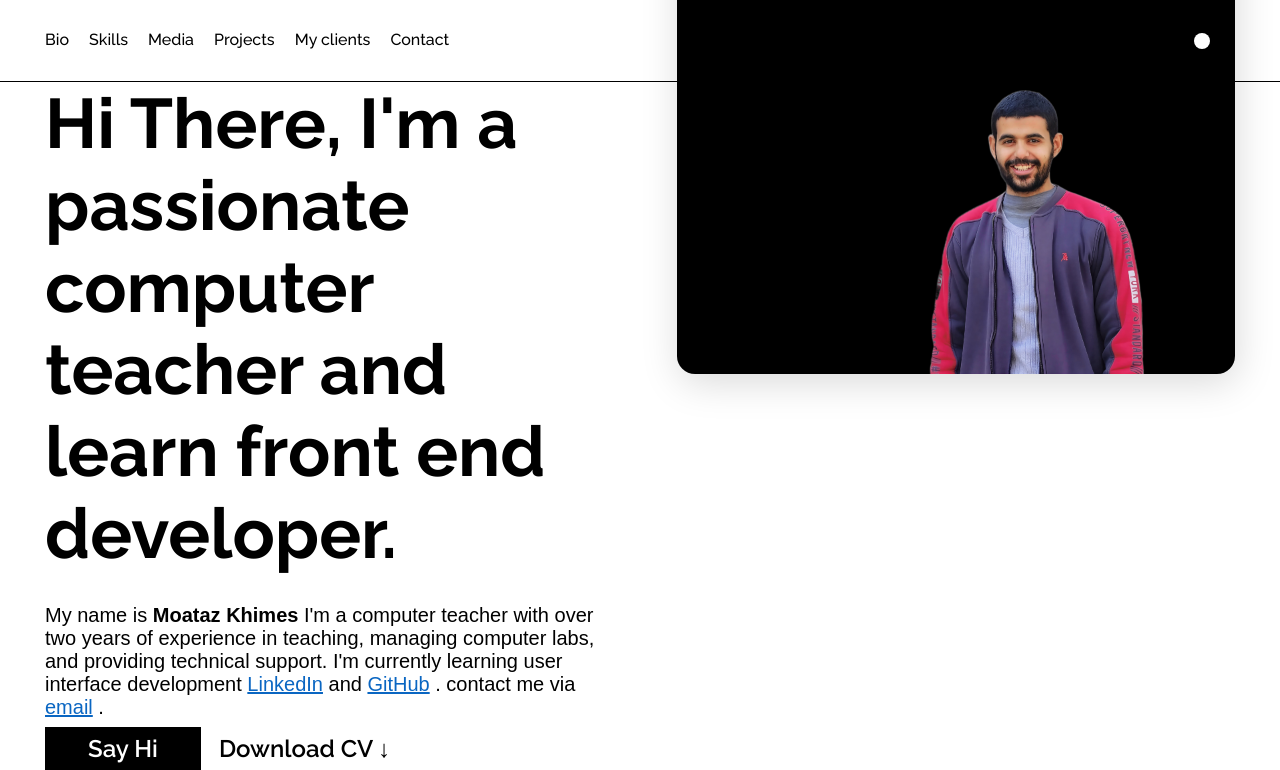
Repository: moataz305G/Personal-website
Page: index.html
An editor plug-in stored every save of this project. The page is shown before and after the next save, followed by the edit.
The browser window is 1280 px wide. The pictures show the whole page.

Above is the page before, as saved 2025-12-13 10:21:15.

### index.html
<!DOCTYPE html>
<html lang="en">
  <head>
    <meta charset="UTF-8" />

    <meta name="viewport" content="width=device-width, initial-scale=1.0" />
    <link rel="preconnect" href="https://fonts.googleapis.com" />
    <link rel="preconnect" href="https://fonts.gstatic.com" crossorigin />
    <link
      href="https://fonts.googleapis.com/css2?family=Raleway:ital,wght@0,100..900;1,100..900&display=swap"
      rel="stylesheet"
    />

    <link rel="stylesheet" href="Style.css" />
    <title class="title">Moataz khimes</title>
  </head>
  <body>
    <div class="container">
      <header class="header">
        <nav class="navigation">
          <ul class="navigation__list">
            <li><a href="#" class="navigation__link">Bio</a></li>
            <li><a href="#" class="navigation__link">Skills</a></li>
            <li><a href="#" class="navigation__link">Media</a></li>
            <li><a href="#" class="navigation__link">Projects</a></li>
            <li><a href="#" class="navigation__link">My clients</a></li>
            <li><a href="#" class="navigation__link">Contact</a></li>
          </ul>
        </nav>

        <div class="toggle">
          <h3 class="toggle__title">Switch Theme</h3>
          <input
            type="checkbox"
            name="toggle checkbox"
            id="toggle"
            class="toggle__checkbox"
          />
          <label for="toggle" class="toggle__label"></label>
        </div>
      </header>

      <section id="bio" class="bio section">
        <div class="bio__content">
          <h1 class="bio__heading">
            Hi There, I'm a passionate computer teacher and learn front end
            developer.
          </h1>
          <p class="bio__objeactive">
            My name is <span class="bio__name">Moataz Khimes</span>
            I'm a computer teacher with over two years of experience in
            teaching, managing computer labs, and providing technical support.
            I'm currently learning user interface development
            <a
              href="https://www.linkedin.com/in/moataz-khimes-53586223b/"
              class="bio__linkedin"
              >LinkedIn</a
            >
            and
            <a href="https://github.com/moataz305G" class="bio__github"
              >GitHub</a
            >
            . contact me via
            <a href="mutazkhmes@gmail.com" class="bio__email">email</a>
            .
          </p>
          <a href="#" class="bio__links say-hi-link">Say Hi</a>
          <a href="#" class="bio__links find-out-link"
            >Download CV <span class="bio__arrow">↓</span></a
          >
        </div>
        <div class="bio__pic-content">
          <img
            class="bio__pic"
            src="images/personal-pic.png"
            alt="image of moataz khimes"
          />
        </div>
      </section>
    </div>
  </body>
</html>

### Style.css
:root {
  --container-width: 119rem;
  --guter: 6rem;

  --color-black: #000;
  --color-white: #fff;
  --color-blue: #2374e1;
  --color-lite-blue: #1d9bf0;
  --color-dark-blue: #0a66c2;
  --color-darker-blue: #143ce8;
  --color-red: #ff0000;
  --color-green: #03a696;
  --color-gray: #f6f6f6;
  --color-dark-green: #42959b;

  --color-background: var(--color-white);
  --color-text: var(--color-black);
  --color-box-img: var(--color-black);
  --color-link-bg: var(--color-black);
  --color-input-border: var(--color-black);

  --font-family-raleway: "Raleway", sans-serif;
  --font-family-poppins: "Poppins", sans-serif;

  --font-weight-regular: 400;
  --font-weight-medium: 500;
  --font-weight-semi-bold: 600;
  --font-weight-bold: 700;

  --font-size-70: 7rem;
  --font-size-65: 6.5rem;
  --font-size-40: 4rem;
  --font-size-38: 3.8rem;
  --font-size-24: 2.4rem;
  --font-size-22: 2.2rem;
  --font-size-20: 2rem;
  --font-size-18: 1.8rem;
  --font-size-15: 1.5rem;

  --transition-timing: 0.3s;
}
/* CSS Reset */
* {
  margin: 0;
  padding: 0;
}

*,
*::after,
*::before {
  box-sizing: border-box;
}

a {
  color: inherit;
  display: inline-block;
}

button {
  background-color: transparent;
  border: none;
  cursor: pointer;
}

ul,
ol {
  list-style: none;
}
/* END CSS Reset */
html {
  font-size: 62.5%;
  scroll-behavior: smooth;
  scroll-padding-top: 11rem;
}

body {
  font-size: 1.6rem;
  font-family: var(--font-family-raleway);
  background-color: var(--color-background);
  color: var(--color-text);
}

.container {
  max-width: var(--container-width);
  margin: 0 auto;
}
header {
  position: relative;
  padding: 3rem 0;
  display: flex;
  justify-content: center;
  z-index: 0;
}
.header::before {
  content: "";
  position: absolute;
  height: 100%;
  width: 100vw;
  border-bottom: 0.1rem solid var(--color-black);
  top: 0;
  z-index: -1;
}

.navigation__list {
  display: flex;
  gap: 2rem;
}
.navigation__link:link,
.navigation__link:visited {
  text-decoration: none;
  font-weight: var(--font-weight-medium);
}
.navigation__link:hover,
.navigation__link:active {
  text-decoration: underline;
  color: var(--color-text);
}

/* Toggle */
.toggle {
  display: flex;
  gap: 1rem;
  margin-left: auto;
}
.toggle__title {
  font-weight: var(--font-weight-medium);
  font-size: var(--font-size-18);
}

.toggle__checkbox {
  display: none;
}

.toggle__label {
  display: block;
  position: relative;
  background-color: var(--color-black);
  border-radius: 1.5rem;
  width: 4.5rem;
  height: 2.2rem;
  cursor: pointer;
  padding: 0.3rem 0.4rem;
  transition: 0.3s;
}

.toggle__label::after {
  content: "";
  display: block;
  width: 1.6rem;
  height: 1.6rem;
  border-radius: 50%;
  background-color: var(--color-white);
  transition: 0.3s;
}

.toggle__checkbox:checked + .toggle__label {
  background-color: var(--color-white);
}
.toggle__checkbox:checked + .toggle__label::after {
  transform: translateX(2.1rem);
  background-color: var(--color-green);
}

/* End Toggle */

.section {
  display: grid;
  grid-template-columns: repeat(2, auto);
  align-items: start;
}

/* Bio */
.bio {
  grid-gap: 7.4rem;
  grid-template-columns: repeat(2, 1fr);
}

.bio__heading {
  font-size: var(--font-size-70);
  font-weight: var(--font-weight-bold);
}

.bio__objeactive {
  font-family: var(--font-family-poppins);
  font-weight: var(--font-weight-regular);
  font-size: var(--font-size-20);
  margin: 3rem 0 0.8rem;
}

.bio__name {
  font-weight: var(--font-weight-semi-bold);
}
.bio__linkedin,
.bio__github,
.bio__email {
  color: var(--color-dark-blue);
}

.bio__links {
  font-size: 2.4rem;
  font-weight: var(--font-weight-semi-bold);
  text-decoration: none;
}

.say-hi-link {
  background-color: var(--color-link-bg);
  color: var(--color-white);
  padding: 0.7rem 4.3rem;
}

.find-out-link {
  padding: 0.7rem 0;
  margin-inline-start: 1.4rem;
}

@keyframes jump {
  0% {
    transform: translatey(0.5rem);
  }
  35% {
    transform: translatey(-0.5rem);
  }
  70% {
    transform: translatey(0);
  }
  100% {
    transform: translatey(0);
  }
}

.bio__arrow {
  display: inline-block;
  animation: jump 1s infinite alternate ease-in-out;
}

.bio__pic-content {
  display: flex;
  position: relative;
  align-items: flex-end;
  justify-content: end;
}

.bio__pic-content::before {
  content: "";
  position: absolute;
  background-color: var(--color-box-img);
  width: 100%;
  height: 46rem;
  border-radius: 1.8rem;
  z-index: -1;
  box-shadow: 2.17543px 8.7017px 38.0669px rgba(0, 0, 0, 0.15);
}
.bio__pic {
  width: 42.7rem;
}

After the next save:
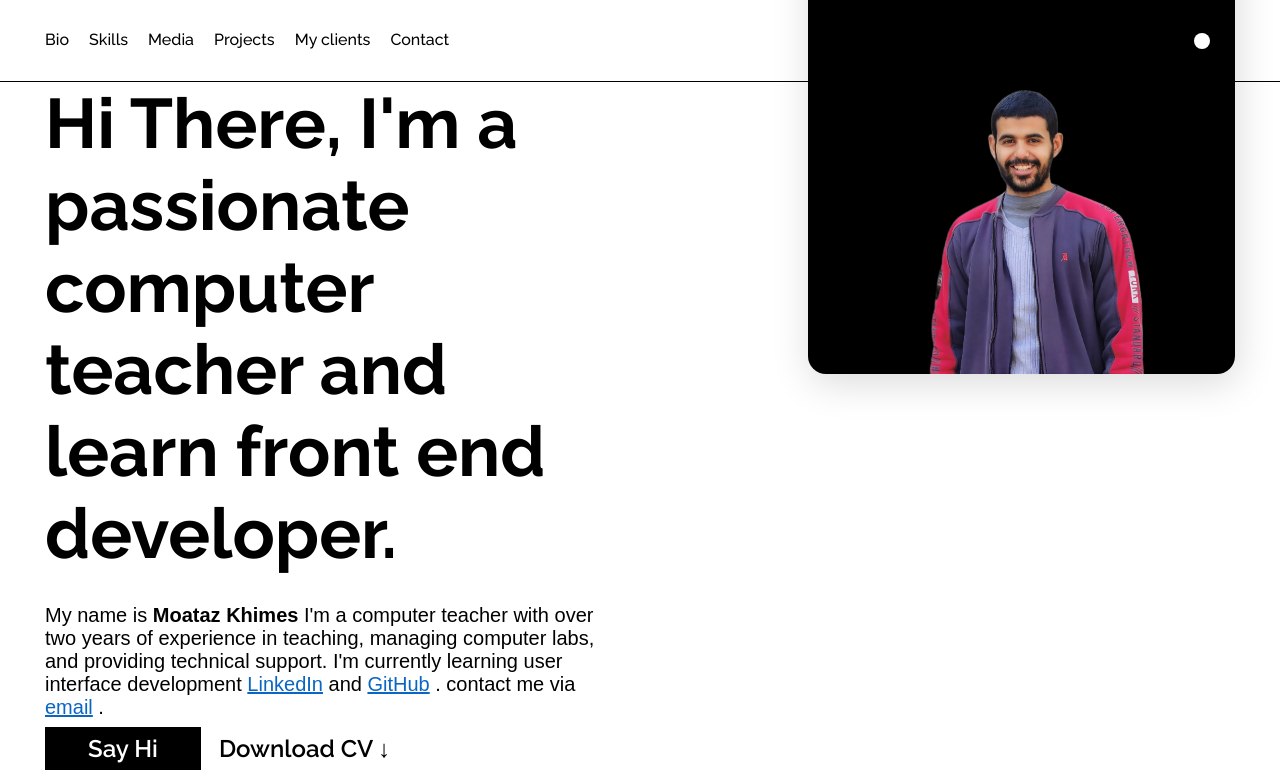
Saved 83 s later.
--- a/Style.css
+++ b/Style.css
@@ -237,7 +237,7 @@ header {
   display: flex;
   position: relative;
   align-items: flex-end;
-  justify-content: end;
+  justify-self: end;
 }
 
 .bio__pic-content::before {
